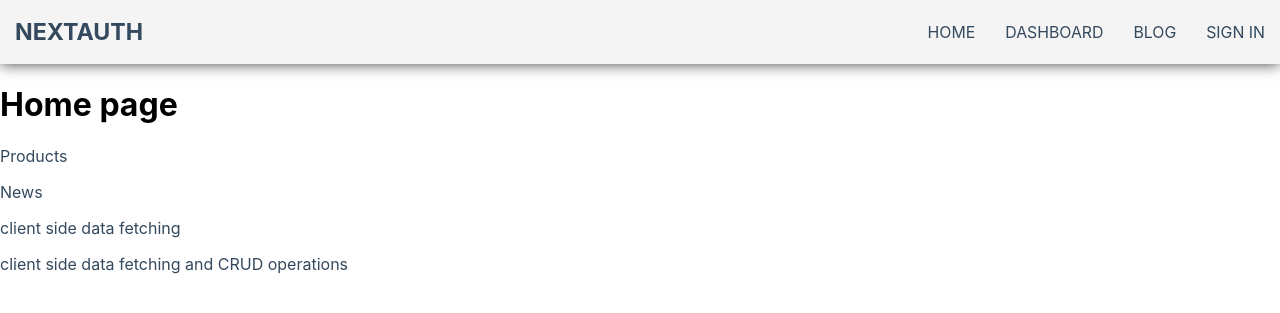
Repository: adeel146/nextjs
Page: /
These files come from the project's save history. The page is drawn as it stood at one moment and after a run of saves; the edit follows.
The browser window is 1280 px wide. The pictures show the whole page.
The page's requests for data from a server got no answer. The project was rebuilt for these pictures with package versions that can differ from the ones it lists, and the page was loaded fresh each time. The framework's server and built-in components were replaced by stand-ins that run in the browser. No one was signed in, and anything a server would have sent is missing. Also part of the build but not shown: next.config.js.

Above is the page before, as saved 2022-02-10 18:21:44.

### pages/_app.js
import Navbar from "../components/Navbar";
import "../styles/globals.css";
import { Provider } from "next-auth/client"
import "../components/Navbar.css";

function MyApp({ Component, pageProps}) {
  return (
    <Provider session={pageProps.session}>
      <Navbar />
      <Component {...pageProps} />
    </Provider>
  );
}

export default MyApp;

### pages/index.js
import Link from "next/link";

function Home() {
  return (
    <>
      <h1>Home page</h1>
      <ul>
        <li></li>
        <li></li>
        <li></li>
        <li></li>
      </ul>
      <Link href="/products">
        <a>Products</a>
      </Link>
      <p>
        <Link href="/news">
          <a>News</a>
        </Link>
      </p>
      <p>
        <Link href="/dashboard-swr">
          <a>client side data fetching</a>
        </Link>
      </p>
      <p>
        <Link href="/dashboard-swr">
          <a>client side data fetching and CRUD operations</a>
        </Link>
      </p>
    </>
  );
}

export default Home;

### components/Navbar.js
import Link from "next/link";
import { signIn, signOut, useSession } from "next-auth/client";

function Navbar() {
  const [session, Loading] = useSession();
  return (
    <nav className="header">
      <h1 className="logo">
        <a href="#">NextAuth</a>
      </h1>
      <ul className={`main-nav `}>
        <li>
          <Link href="/">
            <a>Home</a>
          </Link>
        </li>
        <li>
          <Link href="/dashboard">
            <a>Dashboard</a>
          </Link>
        </li>
        <li>
          <Link href="/blog">
            <a>Blog</a>
          </Link>
        </li>

        {!session && (
          <li>
            <Link href="/api/auth/signin">
              <a
                onClick={(e) => {
                  e.preventDefault();
                  signIn();
                }}
              >
                Sign In
              </a>
            </Link>
          </li>
        )}
        {session && (
          <li>
            <Link href="/api/auth/signout">
              <a
                onClick={(e) => {
                  e.preventDefault();
                  signOut();
                }}
              >
                Sign Out
              </a>
            </Link>
          </li>
        )}
      </ul>
    </nav>
  );
}

export default Navbar;

### components/Navbar.css
ul {
    margin: 0;
    padding: 0;
    list-style: none;
  }

  h2,
  h3,
  a {
    color: #34495e;
  }

  a {
    text-decoration: none;
  }

  .logo {
    margin: 0;
    font-size: 1.45em;
  }

  .main-nav {
    display: flex;
    margin-top: 5px;
  }

  .logo a,
  .main-nav a {
    padding: 10px 15px;
    text-transform: uppercase;
    text-align: center;
    display: block;
  }

  .main-nav a {
    color: #34495e;
    font-size: 0.99em;
  }

  .main-nav a:hover {
    color: #718daa;
  }

  .header {
    display: flex;
    justify-content: space-between;
    padding-top: 0.5em;
    padding-bottom: 0.5em;
    background-color: #f4f4f4;
    -webkit-box-shadow: 0px 0px 14px 0px rgba(0, 0, 0, 0.75);
    -moz-box-shadow: 0px 0px 14px 0px rgba(0, 0, 0, 0.75);
    box-shadow: 0px 0px 14px 0px rgba(0, 0, 0, 0.75);
  }

  .loading {
    opacity: 0;
    transition: all 0.2s ease-in;
  }

  .loaded {
    opacity: 1;
    transition: all 0.2s ease-in;
  }

Loaded but not shown: styles/globals.css (common file)

After the next 8 saves:
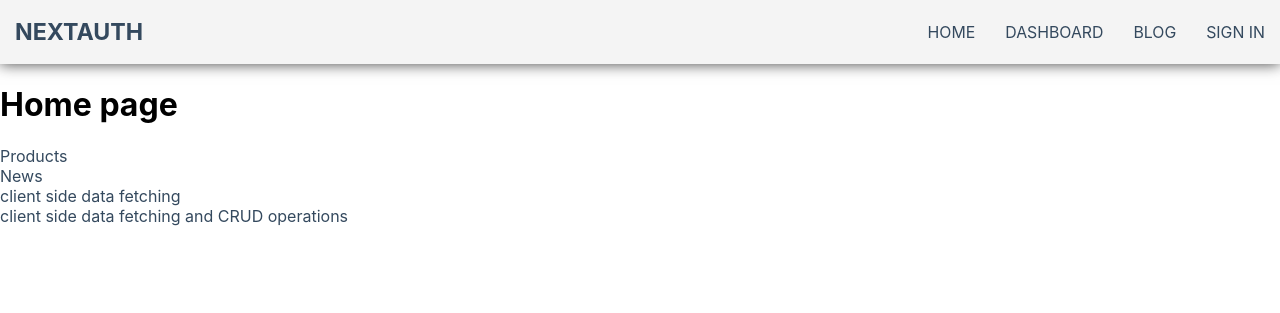
The 8 saves are shown as one change because they came seconds apart.
The last was saved 24 s later.
--- a/pages/index.js
+++ b/pages/index.js
@@ -5,28 +5,28 @@ function Home() {
     <>
       <h1>Home page</h1>
       <ul>
-        <li></li>
-        <li></li>
-        <li></li>
-        <li></li>
+        <li><Link href="/products">
+        <a>Products</a>
+      </Link></li>
+        <li><Link href="/news">
+          <a>News</a>
+        </Link></li>
+        <li><Link href="/dashboard-swr">
+          <a>client side data fetching</a>
+        </Link></li>
+        <li><Link href="/dashboard-swr">
+          <a>client side data fetching and CRUD operations</a>
+        </Link></li>
       </ul>
-      <Link href="/products">
-        <a>Products</a>
-      </Link>
+
       <p>
-        <Link href="/news">
-          <a>News</a>
-        </Link>
+
       </p>
       <p>
-        <Link href="/dashboard-swr">
-          <a>client side data fetching</a>
-        </Link>
+
       </p>
       <p>
-        <Link href="/dashboard-swr">
-          <a>client side data fetching and CRUD operations</a>
-        </Link>
+
       </p>
     </>
   );
